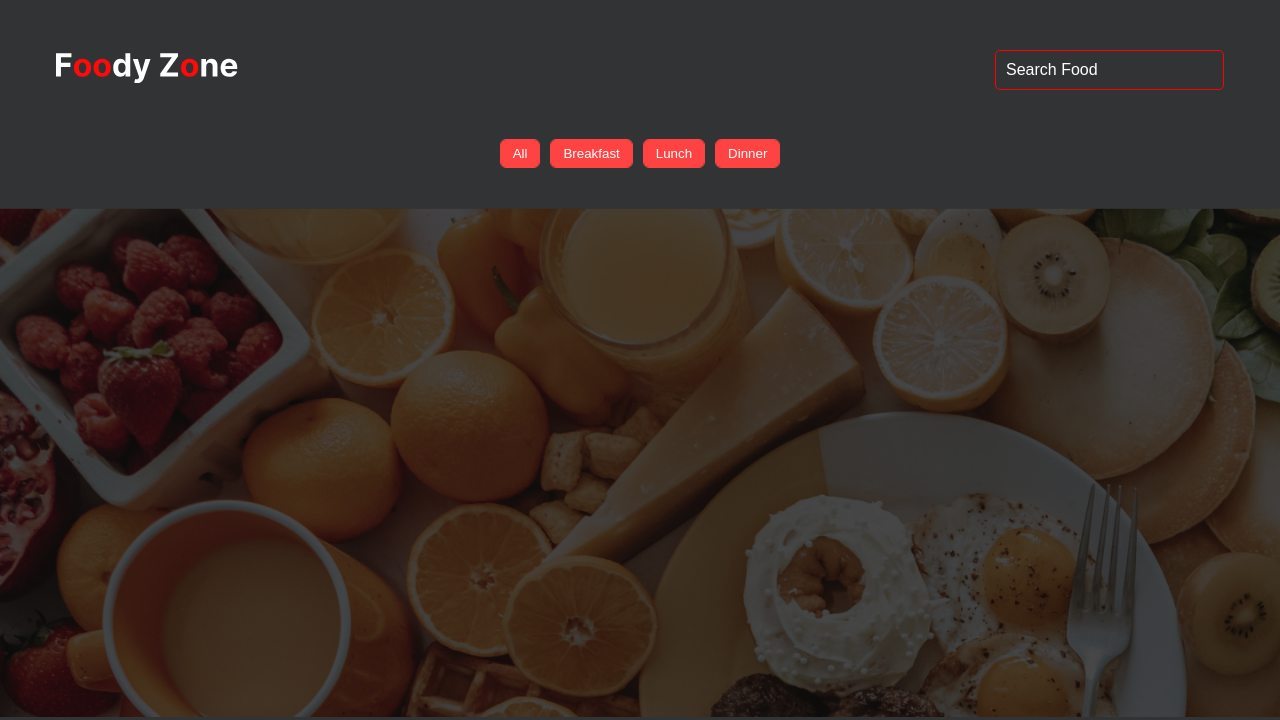
Repository: Wahid137/react-project-four
Page: /
An editor plug-in stored every save of this project. The page is shown before and after the next save, followed by the edit.
The browser window is 1280 px wide. The pictures show the whole page.
The project was rebuilt for these pictures with package versions that can differ from the ones it lists, and the page was loaded fresh each time. Also part of the build but not shown: vite.config.js, src/index.css.

Above is the page before, as saved 2023-08-28 12:51:36.

### index.html
<!doctype html>
<html lang="en">
  <head>
    <meta charset="UTF-8" />
    <link rel="icon" type="image/svg+xml" href="/vite.svg" />
    <meta name="viewport" content="width=device-width, initial-scale=1.0" />
    <link rel="preconnect" href="https://fonts.googleapis.com" />
    <link rel="preconnect" href="https://fonts.gstatic.com" crossorigin />
    <link
      href="https://fonts.googleapis.com/css2?family=Inter:wght@100;200;300;400;500;600;700;800;900&display=swap"
      rel="stylesheet"
    />
    <title>Vite + React</title>
  </head>
  <body>
    <div id="root"></div>
    <script type="module" src="/src/main.jsx"></script>
  </body>
</html>

### src/main.jsx
import React from "react";
import ReactDOM from "react-dom/client";
import App from "./App.jsx";
import "./index.css";
import { createGlobalStyle } from "styled-components";

export const GlobalStyle = createGlobalStyle`


  *{
    box-sizing: border-box;
    margin: 0;
    padding:0;
  }
  body{
    background-color: #323334;
    color:white;
    min-height: 100vh;
    font-family:  'Inter', sans-serif;
  }

`;

ReactDOM.createRoot(document.getElementById("root")).render(
  <React.StrictMode>
    <GlobalStyle />
    <App />
  </React.StrictMode>
);

### src/App.jsx
import { useEffect, useState } from "react";
import { styled } from "styled-components";
import SearchResult from "./components/SearchResults/SearchResult";

export const BASE_URL = "http://localhost:9000";

function App() {
  const [loading, setLoading] = useState(false);
  const [error, setError] = useState(null);
  const [data, setData] = useState(null);
  const [filteredData, setFilteredData] = useState(null);
  const [selectedBtn, setSelectedBtn] = useState("all");

  useEffect(() => {
    const fetchFoodData = async () => {
      setLoading(true);

      try {
        const response = await fetch(BASE_URL);

        const json = await response.json();

        setData(json);
        setFilteredData(json);
        setLoading(false);
      } catch (error) {
        setError("Unable to fetch data");
      }
    };
    fetchFoodData();
  }, []);

  const searchFood = (e) => {
    const searchValue = e.target.value;

    console.log(searchValue);
    const filter = data?.filter((food) =>
      food.name.toLowerCase().includes(searchValue.toLowerCase())
    );
    setFilteredData(filter);
  };

  const filteredFood = (type) => {
    if (type === "all") {
      setFilteredData(data);
      setSelectedBtn("all");
    }
  };
  const filterBtns = [
    {
      name: "All",
      type: "all",
    },
    {
      name: "Breakfast",
      type: "breakfast",
    },
    {
      name: "Lunch",
      type: "lunch",
    },
    {
      name: "Dinner",
      type: "dinner",
    },
  ];
  return (
    <>
      <Container>
        <TopContainer>
          <div className="logo">
            <img src="../src/assets/logo.svg" alt="logo" />
          </div>
          <div className="search">
            <input
              onChange={searchFood}
              type="text"
              placeholder="Search Food"
            />
          </div>
        </TopContainer>
        <FilterContainer>
          {filterBtns.map((value) => (
            <Button key={value.name} onClick={() => filteredFood(value.type)}>
              {value.name}
            </Button>
          ))}
        </FilterContainer>
      </Container>
      <SearchResult data={filteredData}></SearchResult>
    </>
  );
}

export default App;

export const Container = styled.div`
  max-width: 1200px;
  margin: 0 auto;
`;
const TopContainer = styled.div`
  height: 140px;
  display: flex;
  justify-content: space-between;
  padding: 16px;
  align-items: center;

  .search {
    input {
      background-color: transparent;
      border: 1px solid red;
      color: white;
      border-radius: 5px;
      height: 40px;
      font-size: 16px;
      padding: 0 10px;
      &::placeholder {
        color: white;
      }
    }
  }
  @media (0 < width < 600px) {
    flex-direction: column;
    height: 120px;
  }
`;

const FilterContainer = styled.section`
  display: flex;
  justify-content: center;
  gap: 12px;
  padding-bottom: 40px;
`;

export const Button = styled.button`
  background: ${({ isSelected }) => (isSelected ? "#f22f2f" : "#ff4343")};
  outline: 1px solid ${({ isSelected }) => (isSelected ? "white" : "#ff4343")};
  border-radius: 5px;
  padding: 6px 12px;
  border: none;
  color: white;
  cursor: pointer;
  &:hover {
    background-color: #f22f2f;
  }
`;

### src/components/SearchResults/SearchResult.jsx
import styled from "styled-components";
import { BASE_URL, Button, Container } from "../../App";
const SearchResult = ({ data }) => {
  return (
    <FoodCardContainer>
      <Container>
        <FoodCards>
          {data?.map(({ name, image, text, price }) => (
            <FoodCard key={name}>
              <div className="food_image">
                <img src={BASE_URL + image} />
              </div>
              <div className="food_info">
                <div className="info">
                  <h3>{name}</h3>
                  <p>{text}</p>
                </div>
                <Button>${price.toFixed(2)}</Button>
              </div>
            </FoodCard>
          ))}
        </FoodCards>
      </Container>
    </FoodCardContainer>
  );
};

export default SearchResult;
const FoodCardContainer = styled.section`
  min-height: calc(100vh - 210px);
  background-image: url("/bg.png");
  background-size: cover;
`;
const FoodCards = styled.div`
  display: flex;
  flex-wrap: wrap;
  row-gap: 32px;
  column-gap: 20px;
  justify-content: center;
  align-items: center;
  padding-top: 80px;
`;
const FoodCard = styled.div`
  width: 340px;
  height: 167px;
  border: 0.66px solid;

  border-image-source: radial-gradient(
      80.69% 208.78% at 108.28% 112.58%,
      #eabfff 0%,
      rgba(135, 38, 183, 0) 100%
    ),
    radial-gradient(
      80.38% 222.5% at -13.75% -12.36%,
      #98f9ff 0%,
      rgba(255, 255, 255, 0) 100%
    );

  background: url(.png),
    radial-gradient(
      90.16% 143.01% at 15.32% 21.04%,
      rgba(165, 239, 255, 0.2) 0%,
      rgba(110, 191, 244, 0.0447917) 77.08%,
      rgba(70, 144, 213, 0) 100%
    );
  background-blend-mode: overlay, normal;
  backdrop-filter: blur(13.1842px);

  border-radius: 20px;

  display: flex;
  padding: 8px;

  .food_info {
    display: flex;
    flex-direction: column;
    justify-content: space-between;
    align-items: end;
    h3 {
      margin-top: 8px;
      font-size: 16px;
      font-weight: 500;
    }
    p {
      margin-top: 4px;
      font-size: 12px;
    }
    button {
      font-size: 12px;
    }
  }
`;

After the next save:
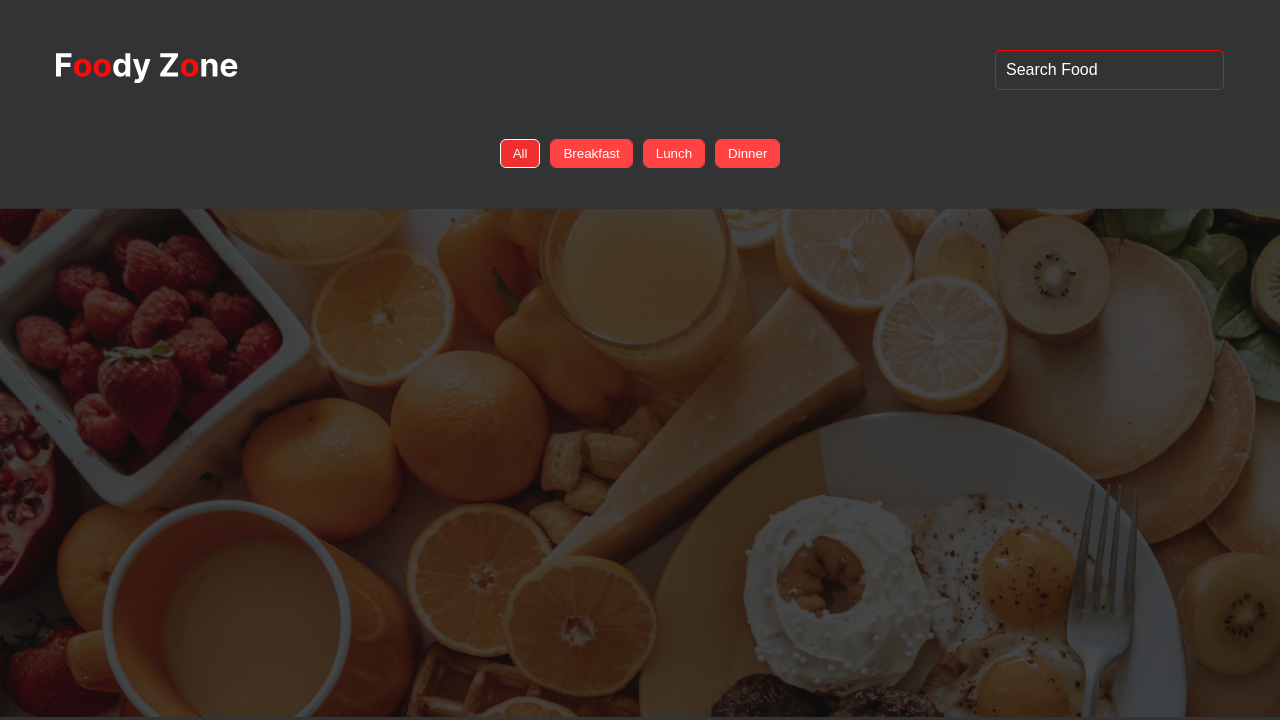
Saved 70 s later.
--- a/src/App.jsx
+++ b/src/App.jsx
@@ -81,7 +81,11 @@
         </TopContainer>
         <FilterContainer>
           {filterBtns.map((value) => (
-            <Button key={value.name} onClick={() => filteredFood(value.type)}>
+            <Button
+              key={value.name}
+              isSelected={selectedBtn === value.type}
+              onClick={() => filteredFood(value.type)}
+            >
               {value.name}
             </Button>
           ))}
